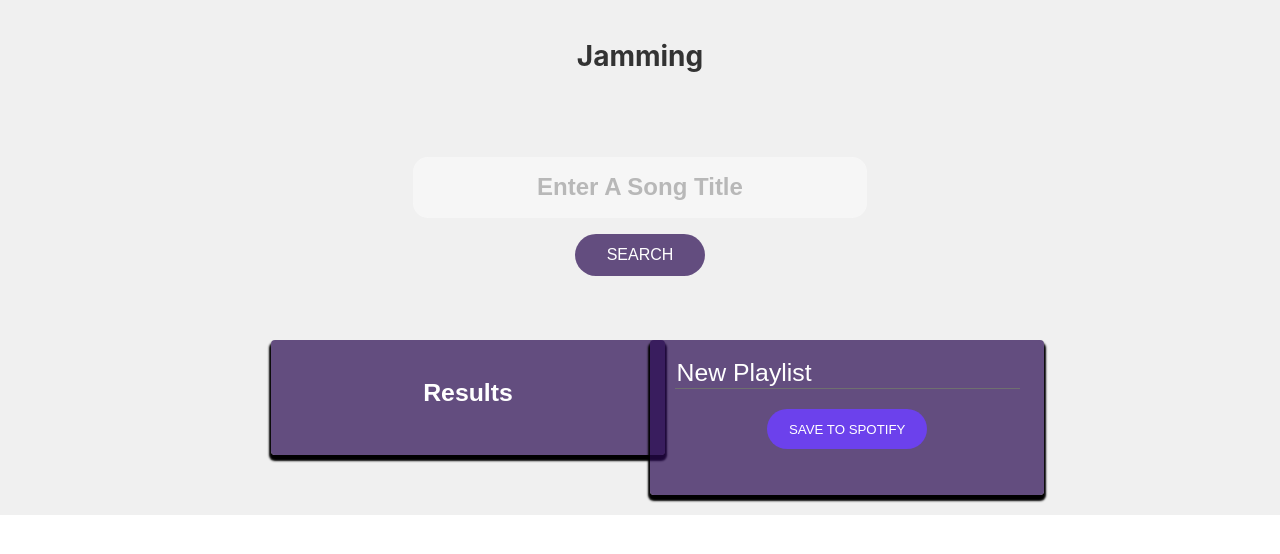
Repository: LolaSL/jamming
Page: /
An editor plug-in stored every save of this project. The page is shown before and after the next save, followed by the edit.
The browser window is 1280 px wide. The pictures show the whole page.
The project was rebuilt for these pictures with package versions that can differ from the ones it lists, and the page was loaded fresh each time. Also part of the build but not shown: src/components/Track/Track.css, src/components/Track/Track.jsx.

Above is the page before, as saved 2023-06-23 17:55:53.

### src/App/App.js
import React, { useState, useCallback } from "react";
import "./App.css";

import Playlist from "../components/PlayList/PlayList.jsx";
import SearchBar from "../components/SearchBar/SearchBar";
import SearchResults from "../components/SearchResults/SearchResults";
import Spotify from "../utils/Spotify";

const App = () => {
  const [searchResults, setSearchResults] = useState([]);
  const [playlistName, setPlaylistName] = useState("New Playlist");
  const [playlistTracks, setPlaylistTracks] = useState([]);

  const search = useCallback(async (term) => {
    const results = await Spotify.search(term);
    setSearchResults(results);
  }, []);

  const addTrack = useCallback((track) => {
    if (playlistTracks.some((savedTrack) => savedTrack.id === track.id)) {
      return;
    }
    setPlaylistTracks((prevTracks) => [...prevTracks, track]);
  }, [playlistTracks]);

  const removeTrack = useCallback((track) => {
    setPlaylistTracks((prevTracks) =>
      prevTracks.filter((currentTrack) => currentTrack.id !== track.id)
    );
  }, []);

  const updatePlaylistName = useCallback((name) => {
    setPlaylistName(name);
  }, []);

  const savePlaylist = useCallback(async () => {
    const trackUris = playlistTracks.map((track) => track.uri);
    await Spotify.savePlaylist(playlistName, trackUris);
    setPlaylistName("New Playlist");
    setPlaylistTracks([]);
  }, [playlistName, playlistTracks]);

  return (
    <div className="App-container" data-testid="app-test">
      <h1>
        Jamming
      </h1>
      <SearchBar onSearch={search} />
      <div className="App-playlist">
          <SearchResults searchResults={searchResults} onAdd={addTrack} />
          <Playlist
            playlistName={playlistName}
            playlistTracks={playlistTracks}
            onNameChange={updatePlaylistName}
            onRemove={removeTrack}
            onSave={savePlaylist}
        />
      </div>
      </div>
  );
};

export default App;
;

### src/App/App.css
body,
html,
#root {
  height: 100%;

}

/* CSS for App-container */
.App-container {
  display: flex;
  flex-direction: column;
  align-items: center;
  padding: 20px;
  background-color: #f0f0f0;
}

/* CSS for h1 */
h1 {
  font-size: 28px;
  margin-bottom: 20px;
  color: #333;
}

/* CSS for SearchBar */
.SearchBar {
  display: flex;
  justify-content: center;
  align-items: center;
  margin-bottom: 20px;
}

/* CSS for App-playlist */
.App-playlist {
  display: grid;
  grid-template-columns: 1fr 1fr;
  grid-gap: 20px;
}

/* CSS for SearchResults and Playlist components */
.SearchResults,
.Playlist {
  background-color: #fff;
  padding: 20px;
  border-radius: 4px;
  box-shadow: 0 2px 4px rgba(0, 0, 0, 0.1);
}

/*
.App-container{
  flex-wrap: wrap;
  height: 150%;
  padding: 0 17% 10% 17%;
  background-image: url('./background.jpg');
  opacity: 0.95;
  background-size: cover;
  overflow: hidden;
  background-position: center;
  background-repeat: no-repeat;
  font-family: 'Work Sans', sans-serif;
  font-weight: 500;
  color: #56649f;
  text-align: center;
  max-width: 100%;

}
h1{
  font-family:'Segoe UI', Tahoma, Geneva, Verdana, sans-serif;
  text-transform: uppercase;
  letter-spacing: 20px;
  color: #ffffff;
  font-size: 4rem;
  margin-top: 60px;
}
.App-playlist{
  display: flex;
  flex-wrap: wrap;
  align-items: justify;
  column-gap: 30px;
  width:500px;
  margin: 0 auto;

}

@media screen and (max-width: 400px) {
  .App-container {
    width: 70%;
    height: auto;
    align-items: center;
  }
}

@media screen and (max-width: 800px) {
  .App-container {
    width:75%;
    height: auto;
    align-items: center;
  }
}
@media only screen and (max-width: 1220px) {
  .App-container {
    width: 90%;
    height: auto;
    align-items: center;
  }
}
@media only screen and (max-width: 1620px) {
  .App-container {
    width: 100%;
    height: auto;
    align-items: center;
  }
} */

### src/components/PlayList/PlayList.jsx
import React, { useCallback } from "react";
import PropTypes from "prop-types";
import "./PlayList.css";
import TrackList from "../TrackList/TrackList";

const Playlist = ({
  onNameChange,
  playlistTracks,
  onRemove,
  onSave
}) => {
  const handleNameChange = useCallback((event) => {
    onNameChange(event.target.value);
  }, [onNameChange]);

  return (
    <div className="Playlist">
      <input onChange={handleNameChange} defaultValue={"New Playlist"} />
      <TrackList
        tracks={playlistTracks}
        isRemoval={true}
        onRemove={onRemove}
      />
      <button className="Playlist-save" onClick={onSave}>
        SAVE TO SPOTIFY
      </button>
    </div>
  );
};

Playlist.propTypes = {
  onNameChange: PropTypes.func,
  playlistTracks: PropTypes.array,
  onRemove: PropTypes.func,
  onSave: PropTypes.func
};

export default Playlist;

### src/components/SearchBar/SearchBar.jsx
import React, { useState, useCallback } from "react";
import "./SearchBar.css";

const SearchBar = ({ onSearch }) => {
  const [term, setTerm] = useState("");

  const handleTermChange = useCallback((event) => {
    setTerm(event.target.value);
  }, []);

  const search = useCallback(() => {
    onSearch(term);
  }, [onSearch, term]);

  return (
    <div className="SearchBar">
      <input placeholder="Enter A Song Title" onChange={handleTermChange} />
      <button className="SearchButton" onClick={search}>
        SEARCH
      </button>
    </div>
  );
};

export default SearchBar;

### src/components/SearchResults/SearchResults.jsx
import React from "react";
import "./SearchResults.css";
import TrackList from "../TrackList/TrackList";

const SearchResults = ({ searchResults, onAdd }) => {
  return (
    <div className="SearchResults">
      <h2>Results</h2>
      <TrackList tracks={searchResults} onAdd={onAdd} />
    </div>
  );
};

export default SearchResults;

### src/utils/Spotify.js
const clientId = 'a18dfb23f21c4bf69aa0c5c6ac72acdc'; // Insert client ID here.
const redirectUri = 'http://localhost:3000/'; // Have to add this to your accepted Spotify redirect URIs on the Spotify API.

let accessToken;

const Spotify = {
  getAccessToken() {
    if (accessToken) {
      return accessToken;
    }

    const accessTokenMatch = window.location.href.match(/access_token=([^&]*)/);
    const expiresInMatch = window.location.href.match(/expires_in=([^&]*)/);
    if (accessTokenMatch && expiresInMatch) {
      accessToken = accessTokenMatch[1];
      const expiresIn = Number(expiresInMatch[1]);
      window.setTimeout(() => accessToken = '', expiresIn * 1000);
      window.history.pushState('Access Token', null, '/'); // This clears the parameters, allowing us to grab a new access token when it expires.
      return accessToken;
    } else {
      const accessUrl = `https://accounts.spotify.com/authorize?client_id=${clientId}&response_type=token&scope=playlist-modify-public&redirect_uri=${redirectUri}`;
      window.location = accessUrl;
    }
  },

  async search(term) {
    const accessToken = Spotify.getAccessToken();
    const response = await fetch(`https://api.spotify.com/v1/search?type=track&q=${term}`, {
      headers: {
        Authorization: `Bearer ${accessToken}`
      }
    });
    const jsonResponse = await response.json();
    if (!jsonResponse.tracks) {
      return [];
    }
    return jsonResponse.tracks.items.map(track => ({
      id: track.id,
      name: track.name,
      artist: track.artists[0].name,
      album: track.album.name,
      popularity: track.popularity,
      uri: track.uri
    }));
  },

  savePlaylist(name, trackUris) {
    if (!name || !trackUris.length) {
      return;
    }

    const accessToken = Spotify.getAccessToken();
    const headers = { Authorization: `Bearer ${accessToken}` };
    let userId;

    return fetch('https://api.spotify.com/v1/me', { headers: headers }
    ).then(response => response.json()
    ).then(jsonResponse => {
      userId = jsonResponse.id;
      return fetch(`https://api.spotify.com/v1/users/${userId}/playlists`, {
        headers: headers,
        method: 'POST',
        body: JSON.stringify({ name: name })
      }).then(response => response.json()
      ).then(jsonResponse => {
        const playlistId = jsonResponse.id;
        return fetch(`https://api.spotify.com/v1/users/${userId}/playlists/${playlistId}/tracks`, {
          headers: headers,
          method: 'POST',
          body: JSON.stringify({ uris: trackUris })
        });
      });
    });
  }
};

export default Spotify;

### src/components/PlayList/PlayList.css
.Playlist {
    display: flex;
    flex-direction: column;
    align-items: center;
    justify-items: center;
    overflow-y: scroll;
    width: 100%;
    max-height: 900px;
    padding: 1.1rem;
    background-color: rgba(40, 9, 80, 0.7);
    box-shadow: 0 4px 2px 2px #000000;

  }

  .Playlist input {
    width: 95%;
    border: 0;
    outline: 0;
    background: transparent;
    border-bottom: 1px solid #6f6f6f;
    font-family: 'Poppins', sans-serif;
    font-size: 1.55rem;
    color: #fff;
  }

  .Playlist-save {
    cursor: pointer;
    width: 10rem;
    padding: .77rem 0;
    border-radius: 54px;
    border-width: 0px;
    margin-top: 1.27rem;
    background-color: #6c41ec;
    text-align: center;
    font-size: .83rem;
    transition: background-color .25s;
    color: #fff;
    font-weight: 500;
  }

  .Playlist-save:hover {
    background-color: rgba(108, 65, 233, .7);
  }

  ::-webkit-scrollbar {
      width: 0px;
      background: transparent;
  }

  @media screen and (min-width: 400px) {
    .Playlist {
      width: 70%;
      height: auto;
      align-items: center;
    }
  }

  @media screen and (min-width: 800px) {
    .Playlist {
      width:75%;
      height: auto;
    }
  }
  @media only screen and (max-width: 1220px) {
    .Playlist {
      width: 90%;
      height: auto;
      align-items: center;
    }
  }
  @media only screen and (max-width: 1620px) {
    .Playlist {
      width: 100%;
      height: auto;
      align-items: center;
    }
  }

### src/components/TrackList/TrackList.jsx
import React from "react";
import PropTypes from "prop-types";
import "./TrackList.css";
import Track from "../Track/Track";

const TrackList = ({ tracks, onAdd, isRemoval, onRemove }) => {
  return (
    <div className="TrackList">
      {tracks.map((track, index) => (
        <Track
          key={index}
          track={track}
          onAdd={onAdd}
          isRemoval={isRemoval}
          onRemove={onRemove}
        />
      ))}
    </div>
  );
};

TrackList.propTypes = {
  tracks: PropTypes.array,
  onAdd: PropTypes.func,
  onRemove: PropTypes.func,
  isRemoval: PropTypes.bool,
};

export default TrackList;

### src/components/SearchBar/SearchBar.css
.SearchBar {
  display: flex;
  flex-direction: column;
  align-items: center;
  padding-top: 4rem;
  margin-bottom: 4rem;
}

.SearchBar input {
  width: 450px;
  height: 25px;
  padding:1rem 0;
  border: 2px solid #fff;
  border-radius: 15px;
  margin-bottom: 1rem;
  color: black;
  font-weight: 600;
  text-align: center;
  font-size: 1.5rem;
  opacity: 0.45;
  z-index: 1;
}

.SearchBar input:focus {
  outline: none;
}

.SearchButton {
  cursor: pointer;
  width: 8.11rem;
  padding: 0.77rem 0;
  border-radius: 54px;
  background-color: rgba(40, 9, 80, 0.7);
  text-align: center;
  font-size: 1rem;
  transition: background-color 0.25s;
  border: 0px;
  color: #fff;
  font-weight: 500;
}

.SearchButton:hover {
  background-color: rgba(108, 65, 233, 0.7);
}

### src/components/SearchResults/SearchResults.css
.SearchResults {
  display: flex;
  flex-direction: column;
  align-items: left;
  overflow-y: scroll;
  width: 38%;
  max-height: 900px;
  padding: 1.1rem;
  background-color: rgba(40, 9, 80, 0.7);
  box-shadow: 0 4px 2px 2px #000000;
  gap: 10px;

  }
  h2{
    font-family: 'Poppins', sans-serif;
    color: #ffffff;
    text-align: left;
    font-size: 1.55rem;
  }
  ::-webkit-scrollbar {
      width: 0px;
      background: transparent;
  }

  /* @media only screen and (max-width: 1020px) {
    .SearchResults {
      width: 90%;
      margin-bottom:2.5rem;
    }
  } */

  @media screen and (min-width: 400px) {
    .SearchResults {
      width: 70%;
      margin-bottom:1.5rem;
      align-items: center;
    }
  }

  @media screen and (min-width: 800px) {
    .SearchResults {
      width:75%;
      margin-bottom:2rem;
      align-items: center;
    }
  }
  @media only screen and (max-width: 1220px) {
    .SearchResults {
      width: 90%;
      margin-bottom:2.5rem;
      align-items: center;
    }
  }
  @media only screen and (max-width: 1620px) {
    .SearchResults {
      width: 100%;
      margin-bottom:2.5rem;
      align-items: center;
    }
  }

### src/components/TrackList/TrackList.css
.TrackList {
    width: 100%;
    overflow-y: scroll;
  }

  @media screen and (max-width: 400px) {
    .TrackList {
      width: 70%;
      height: auto;
      align-items: center;
    }
  }

  @media screen and (max-width: 800px) {
    .TrackList {
      width:75%;
      height: auto;
      align-items: center;
    }
  }
  @media only screen and (max-width: 1220px) {
    .TrackList {
      width: 90%;
      height: auto;
      align-items: center;
    }
  }
  @media only screen and (max-width: 1620px) {
    .TrackList {
      width: 100%;
      height: auto;
      align-items: center;
    }
  }

Loaded but not shown: public/index.html (common file); src/index.js (common file); src/index.css (common file); src/reportWebVitals.js (common file)

After the next save:
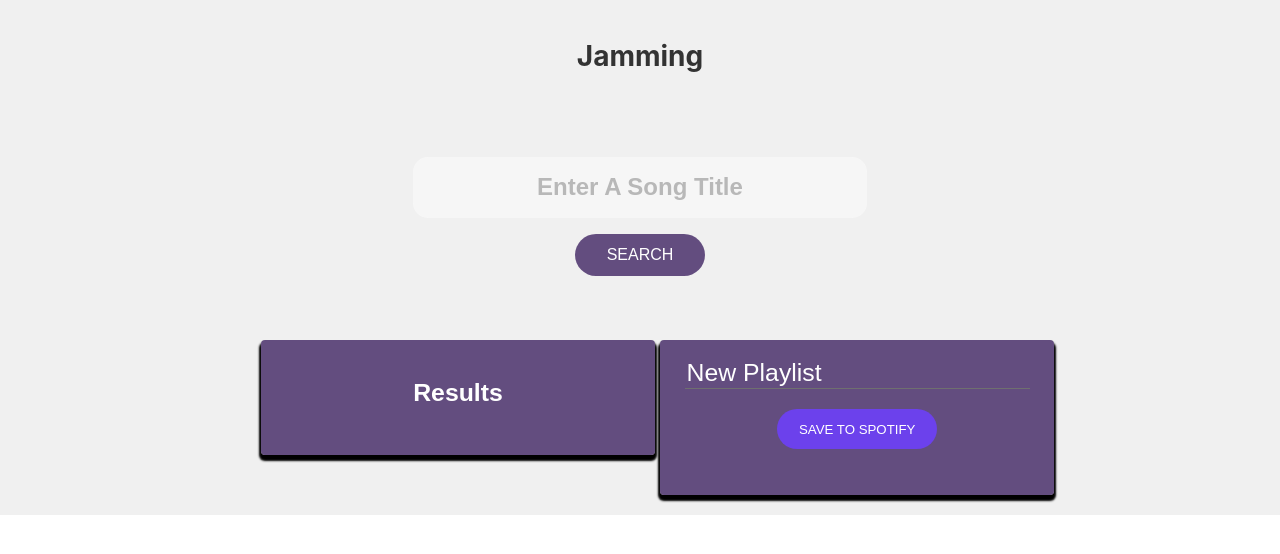
Saved 26 s later.
--- a/src/App/App.css
+++ b/src/App/App.css
@@ -33,7 +33,7 @@ h1 {
 .App-playlist {
   display: grid;
   grid-template-columns: 1fr 1fr;
-  grid-gap: 20px;
+  grid-gap: 40px;
 }
 
 /* CSS for SearchResults and Playlist components */
